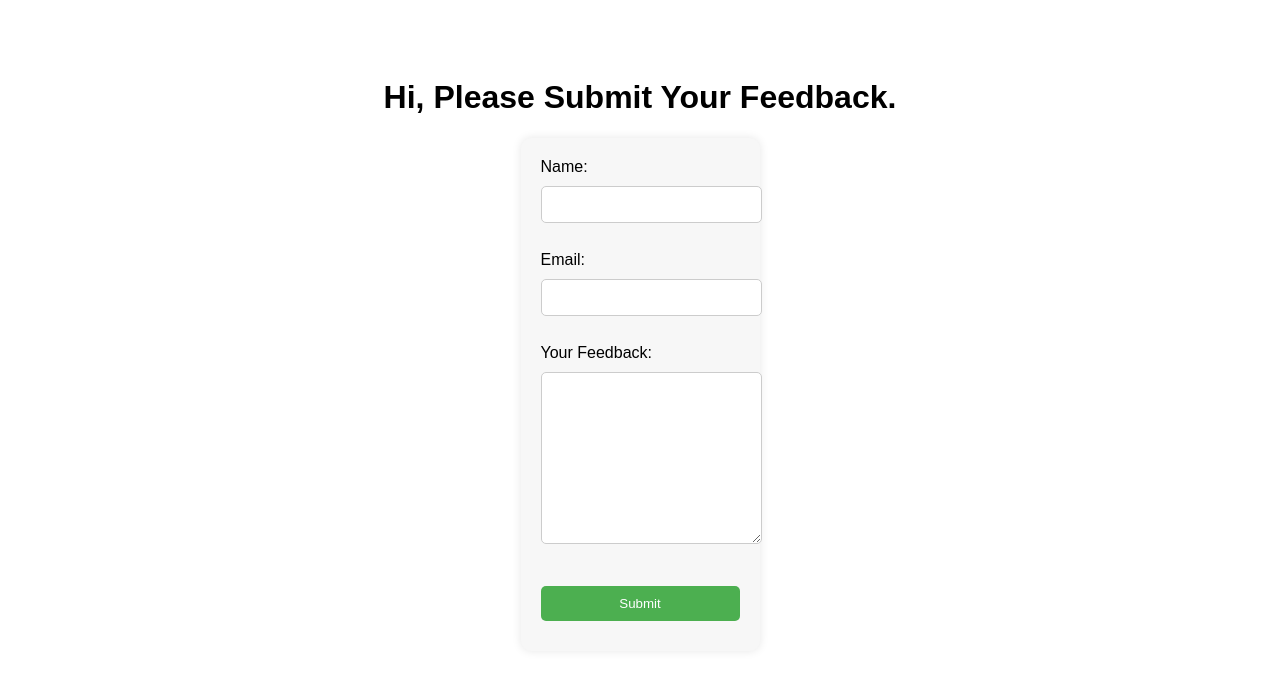
Repository: anik3395/JavaServletProjects
Page: eclipse-workspace/ProjectUpdate/src/main/webapp/feedbackForm.html
These files come from the project's save history. The page is drawn as it stood at one moment and after the next save; the edit follows.
The browser window is 1280 px wide. The pictures show the whole page.

Above is the page before, as saved 2024-10-23 08:41:35.

### eclipse-workspace/ProjectUpdate/src/main/webapp/feedbackForm.html
<!DOCTYPE html>
<html>
<head>
<meta charset="UTF-8">
<title>Insert title here</title>
</head>

 <style>
        body {
            font-family: Arial, sans-serif;
            text-align: center;
            padding: 50px;
        }
        form {
            display: inline-block;
            text-align: left;
            background-color: #f7f7f7;
            padding: 20px;
            border-radius: 10px;
            box-shadow: 0 0 10px rgba(0,0,0,0.1);
        }
        input, textarea {
            width: 100%;
            padding: 10px;
            margin: 10px 0;
            border-radius: 5px;
            border: 1px solid #ccc;
        }
        input[type="submit"] {
            background-color: #4CAF50;
            color: white;
            cursor: pointer;
            border: none;
        }
        input[type="submit"]:hover {
            background-color: #578654;
        }
    </style>

<body>
<h1>Hi, Please Submit Your Feedback.</h1>

    <form action="submitFeedback" method="post">
        <label for="name">Name:</label><br>
        <input type="text" name="name" required><br><br>

        <label for="email">Email:</label><br>
        <input type="email" name="email" required><br><br>

        <label for="feedback">Your Feedback:</label><br>
        <textarea name="feedback" rows="10" required></textarea><br><br>

        <input type="submit" value="Submit">
    </form>
</body>
</html>

After the next save:
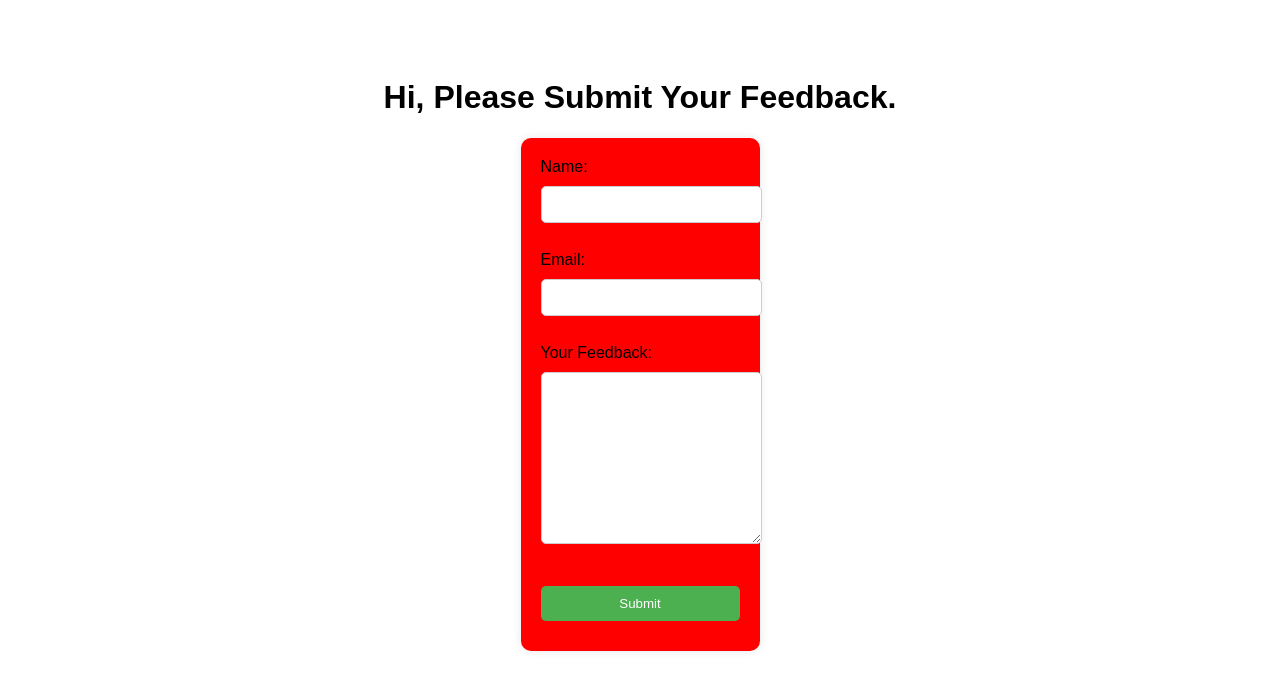
Saved 40 s later.
--- a/eclipse-workspace/ProjectUpdate/src/main/webapp/feedbackForm.html
+++ b/eclipse-workspace/ProjectUpdate/src/main/webapp/feedbackForm.html
@@ -14,7 +14,7 @@
         form {
             display: inline-block;
             text-align: left;
-            background-color: #f7f7f7;
+            background-color: red;
             padding: 20px;
             border-radius: 10px;
             box-shadow: 0 0 10px rgba(0,0,0,0.1);
